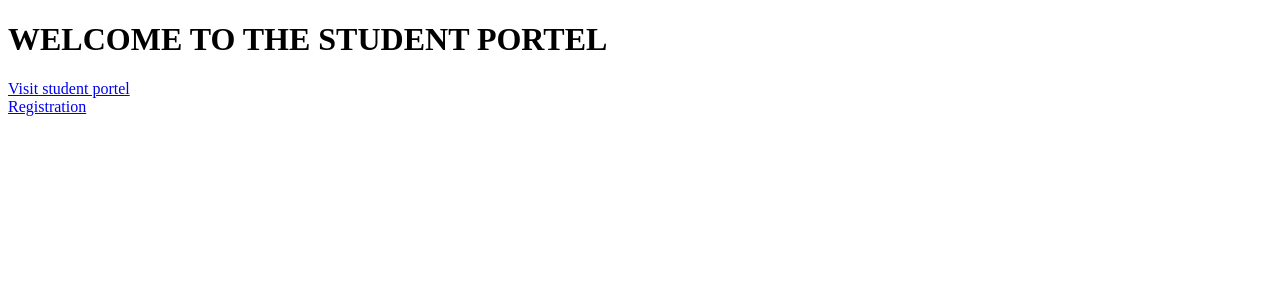
Repository: Yemili/springboot_application
Page: workspace/student/src/main/resources/static/index.html
An editor plug-in stored every save of this project. The page is shown before and after the next save, followed by the edit.
The browser window is 1280 px wide. The pictures show the whole page.

Above is the page before, as saved 2024-10-03 06:38:51.

After the next save:
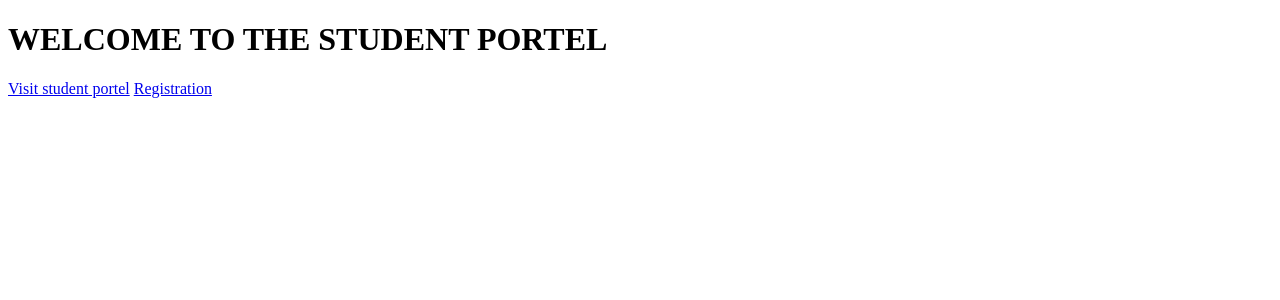
Saved 5 min 12 s later.
--- a/workspace/student/src/main/resources/static/index.html
+++ b/workspace/student/src/main/resources/static/index.html
@@ -10,12 +10,8 @@
     <div class="dropdown">
    		 <a href=" ">Visit student portel</a>
 
-  	<div class="dropdown-content">
-   		 <a href=" ">Registration</a>
-    	 <!-- <a href="#">Link 2</a>
-    	 <a href="#">Link 3</a> -->
+   		 		<a href=" ">Registration</a>
   </div>
-</div>
 
 
 </body>
